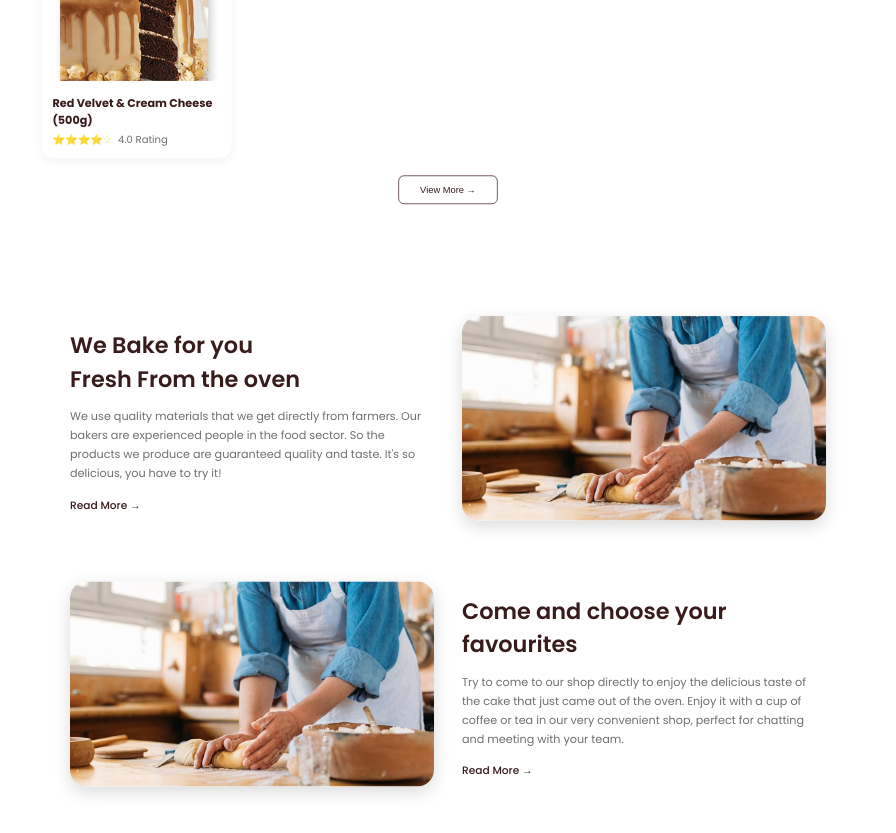
Repository: josegabrielzevallos/chocobrat-bakery-website
Page: index.html
An editor plug-in stored every save of this project. The page is shown before and after the next save, followed by the edit.
The browser window is 1280 px wide. The pictures show the part of the page from y = 1712 to 3632 px (the page is 2902 px tall before and 3632 px after), at 70% of full size.

Above is the page before, as saved 2025-11-20 16:16:24.

After the next save:
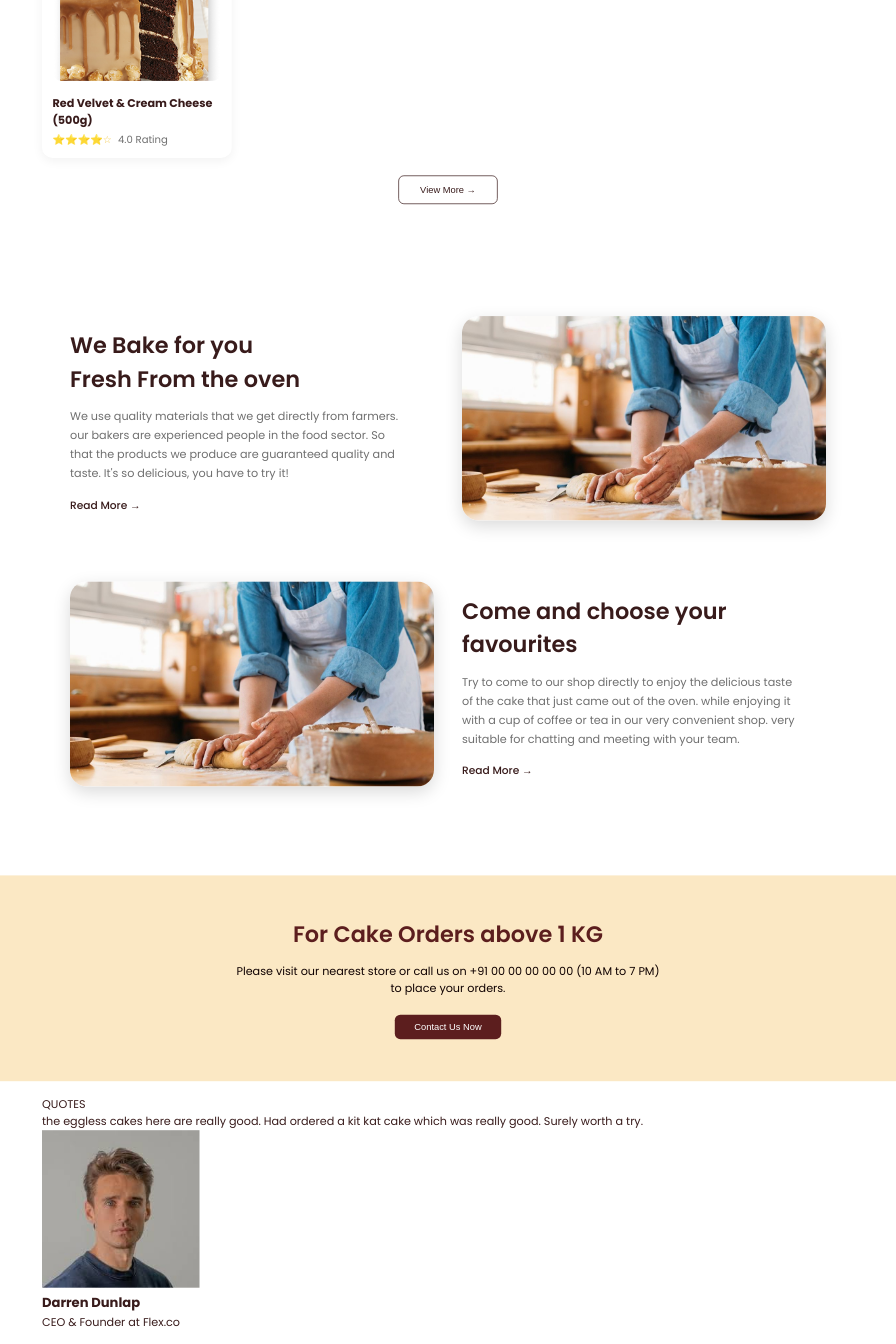
Saved 24 min 45 s later.
--- a/index.html
+++ b/index.html
@@ -142,9 +142,9 @@
                 <h2>We Bake for you<br>Fresh From the oven</h2>
                 <p>
                     We use quality materials that we get directly from farmers.
-                    Our bakers are experienced people in the food sector. So the
-                    products we produce are guaranteed quality and taste. It's so
-                    delicious, you have to try it!
+                    <br>our bakers are experienced people in the food sector. So
+                    <br>that the products we produce are guaranteed quality and
+                    <br>taste. It's so delicious, you have to try it!
                 </p>
                 <a href="#" class="story-link">Read More →</a>
             </div>
@@ -165,9 +165,9 @@
                 <h2>Come and choose your favourites</h2>
                 <p>
                     Try to come to our shop directly to enjoy the delicious taste
-                    of the cake that just came out of the oven. Enjoy it with a cup
-                    of coffee or tea in our very convenient shop, perfect for chatting
-                    and meeting with your team.
+                    <br>of the cake that just came out of the oven. while enjoying it
+                    <br>with a cup of coffee or tea in our very convenient shop. very
+                    <br>suitable for chatting and meeting with your team.
                 </p>
                 <a href="#" class="story-link">Read More →</a>
             </div>
@@ -176,5 +176,43 @@
 
     </section>
 
+        <!-- CAKE ORDER BANNER -->
+    <section class="order-banner">
+        <div class="order-banner-inner">
+            <h2>For Cake Orders above 1 KG</h2>
+            <p>
+                Please visit our nearest store or call us on +91 00 00 00 00 00 (10 AM to 7 PM)
+            <br>
+                to place your orders.
+            </p>
+            <button class="btn primary order-btn">Contact Us Now</button>
+        </div>
+    </section>
+
+    <!-- QUOTES / TESTIMONIAL SECTION -->
+    <section class="quotes-section">
+        <div class="container quotes-inner">
+            <span class="quotes-label">QUOTES</span>
+
+            <p class="quote-text">
+                the eggless cakes here are really good. Had ordered a kit kat cake which was
+                really good. Surely worth a try.
+            </p>
+
+            <div class="quote-author">
+                <div class="quote-avatar">
+                    <img src="./assets/images/b10-man.jpeg" alt="Darren Dunlap">
+                </div>
+                <h3>Darren Dunlap</h3>
+                <p class="quote-role">CEO &amp; Founder at Flex.co</p>
+
+                <div class="quote-dots">
+                    <span class="quote-dot active"></span>
+                    <span class="quote-dot"></span>
+                    <span class="quote-dot"></span>
+                </div>
+            </div>
+        </div>
+    </section>
 </body>
 </html>
